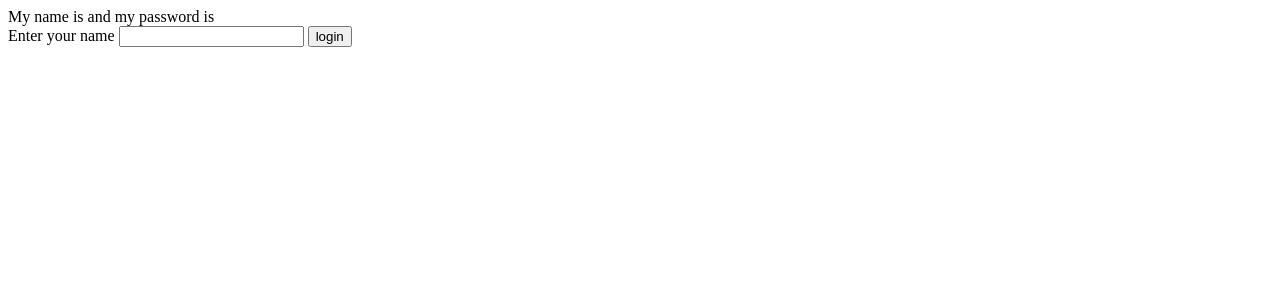
Repository: codelifee/spring-mvc-project
Page: http://localhost/springmvc/
The author's editor kept a copy of each file at every save. The page is drawn from the files as they stood at one save, then again after the next save.
The browser window is 1280 px wide. The pictures show the whole page.
The page is served by Tomcat 9. Other server files are loaded and not shown.

Above is the page before, as saved 2020-11-12 08:07:08.

### springmvc/src/main/webapp/WEB-INF/views/login.jsp
<%@ page language="java" contentType="text/html; charset=EUC-KR"
    pageEncoding="EUC-KR"%>
<!DOCTYPE html>
<html>
<head>
<meta charset="EUC-KR">
<title>Yahoo from JSP</title>
</head>
<body>
My name is ${name} and my password is ${password}
<form action="/login.do">
Enter your name <input type="text" name="name" /> <input type="submit" value="login"/>
</form>
</body>
</html>

### springmvc/src/main/java/com/codelifee/jee/LoginServlet.java
package com.codelifee;

import java.io.IOException;
import java.io.PrintWriter;

import javax.servlet.ServletException;
import javax.servlet.annotation.WebServlet;
import javax.servlet.http.HttpServlet;
import javax.servlet.http.HttpServletRequest;
import javax.servlet.http.HttpServletResponse;

@WebServlet(urlPatterns = "/login.do")
public class LoginServlet extends HttpServlet{

	  protected void doGet(HttpServletRequest request,
			  HttpServletResponse response)
					  throws ServletException, IOException {

		  request.setAttribute("name", request.getParameter("name"));
		  request.setAttribute("password", request.getParameter("password"));

		  request.getRequestDispatcher("/WEB-INF/views/login.jsp").forward(request, response);

	  }


}

After the next save:
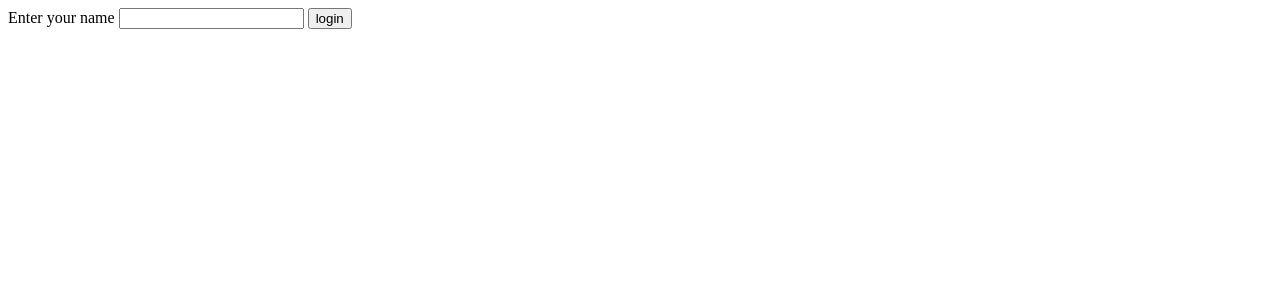
Saved 5 s later.
--- a/springmvc/src/main/webapp/WEB-INF/views/login.jsp
+++ b/springmvc/src/main/webapp/WEB-INF/views/login.jsp
@@ -7,7 +7,6 @@
 <title>Yahoo from JSP</title>
 </head>
 <body>
-My name is ${name} and my password is ${password}
 <form action="/login.do">
 Enter your name <input type="text" name="name" /> <input type="submit" value="login"/>
 </form>
